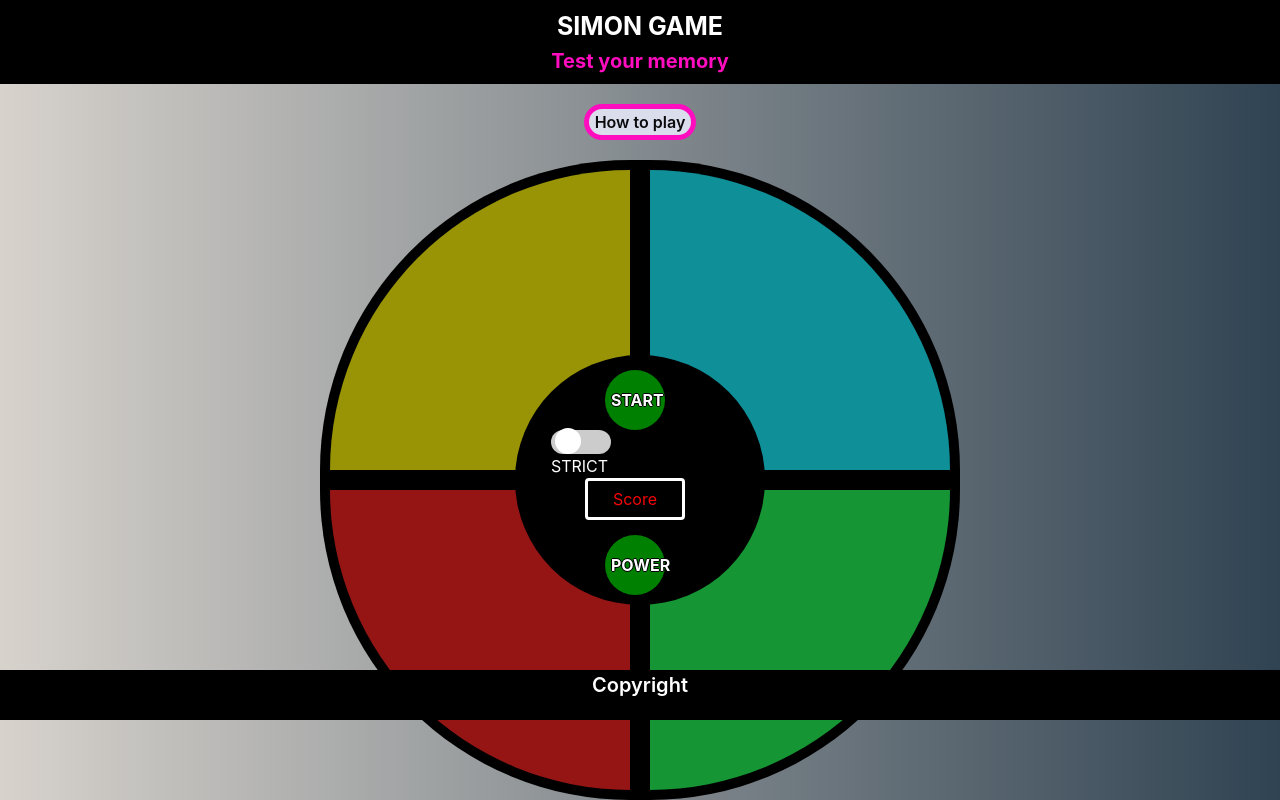
Repository: murphya14/Simon-game
Page: index.html
The author's editor kept a record of every edit. The page is drawn from the files as they stood at one moment, then again after the next edit.
The browser window is 1280 px wide. The pictures show the whole page.

Above is the page before.

### index.html
<!DOCTYPE html>
<html lang="en">

<head>
    <meta charset="UTF-8">
    <meta name="viewport" content="width=device-width, initial-scale=1, shrink-to-fit=no">
    <meta http-equiv="X-UA-Compatible" content="ie=edge">
    <meta charset="UTF-8">

    <meta name="description" content="Simon Memory Game">
    <meta name="keywords" content="Simon Memory, Memory Game, Game, Puzzle, Fun, Challenge">
    <meta name="author" content="Aisling Murphy">
    <link rel="stylesheet" href="assets/css/style.css" type="text/css" />
    <link href="/YOUR_PATH/favicon.ico" rel="icon" type="image/x-icon" />
    <link rel="stylesheet" href=" https://stackpath.bootstrapcdn.com/font-awesome/4.7.0/css/font-awesome.min.css" type="text/css" />
    <link href="https://fonts.googleapis.com/css?family=Orbitron&display=swap" rel="stylesheet">
    <link href="https://fonts.googleapis.com/css?family=Shojumaru&effect=3d rel='stylesheet' type='text/css">
    <link rel="stylesheet" href="https://stackpath.bootstrapcdn.com/bootstrap/4.3.1/css/bootstrap.min.css" integrity="sha384-ggOyR0iXCbMQv3Xipma34MD+dH/1fQ784/j6cY/iJTQUOhcWr7x9JvoRxT2MZw1T" crossorigin="anonymous">
    <link href="data:[embedded picture, 1901 characters]"
        rel="icon" type="image/x-icon" />
    <title>Simon Game</title>


</head>

<body>
    <header>
        <nav class="navbar navbar-expand-lg flex-column container-fluid">
            <div="row">
                <div class="col-12 header">Simon Game</div>
                </div>
                <div class="row">
                    <div class="col-12 sub-heading">Test your memory</div>
                </div>
    </header>
    </nav>

<div class="wrapper">
    <div class="container flex-column">

        <div class="row">
            <div class="col center">
                <!---Aided by https://www.pair.com/support/kb/how-to-use-jquery-to-generate-modal-pop-up-when-clicked/--->

                <div class="how-to popup-overlay">
                    <!--Creates the popup content-->
                    <div id="how-to-p" class="popup-content">
                        <h2>How to Play</h2>
                        <p> This is an example pop-up that you can make using jQuery. lorem ipsum keyboard shortcuts. Select how much text you want from the menu item in Edit->Text->Lorem Ipsum or in the right click menu in Lorem Ipsum. Press the shortcut
                            key (Alt+Shift+L) to add Lorem Ipsum text. Keep pressing to add more.</p>
                        <!--popup's close button-->
                        <button class="close">Close</button>
                    </div>
                </div>
                <!--Content shown when popup is not displayed-->

                <button id="how-to" class="open how-to">How to play</button>
            </div>
        </div>
    </div>

        <!---Help from https://www.danpurdy.co.uk/tutorial/simon-says-game-in-jquery-tutorial/-->

        <div class="row">
            <div class="col">
                <div class="background-circle">
                    <div class="pad one" data-pad="1" id="one">
                        <audio preload="auto" class="sound1" data-pad="1">
                  <source src="sounds/mp3/sounds_01.mp3" type="audio/mpeg"/>
               </audio>
                    </div>
                    <div class="pad two" id="two" data-pad="2">
                        <audio preload="auto" class="sound2" data-pad="2">
          <source src="sounds/mp3/sounds_02.mp3" type="audio/mpeg"/>
                 </audio>
                    </div>
                    <div class="pad three" id="three" data-pad="3">
                        <audio preload="auto" class="sound3" data-pad="3">
                <source src="sounds/mp3/sounds_03.mp3" type="audio/mpeg"/>

                </audio>
                    </div>
                    <div class="pad four" id="four" data-pad="4">
                        <audio preload="auto" class="sound4" data-pad="4">
                  <source src="sounds/mp3/sounds_04.mp3" type="audio/mpeg"/>
                </audio>
                    </div>

                    <div class="circle">

                    <button class="center start-button" id="start" >Start</button>


                    <div class="custom-control custom-switch " id="strict" >
                        <label class="switch">
                      <input type="checkbox">
                      <span class="slider round"></span>
                      <div class="strict uppercase">Strict</div>
                    </label>

                    </div>

                    <button class="btn" type="button" id="counter" id="on" onclick="counter()">Score</button>

                     <button class="center start-button" id="on" >Power</button>

                    </div>

                </div>

            </div>

        </div>
 </div>
        <footer class="footer flex-column">
            <p class="col"> Copyright </p>
        </footer>

        <script src="https://code.jquery.com/jquery-3.3.1.slim.min.js" integrity="sha384-q8i/X+965DzO0rT7abK41JStQIAqVgRVzpbzo5smXKp4YfRvH+8abtTE1Pi6jizo" crossorigin="anonymous"></script>
        <script src="https://ajax.googleapis.com/ajax/libs/jquery/3.3.1/jquery.min.js"></script>
        <script src="https://cdnjs.cloudflare.com/ajax/libs/popper.js/1.14.7/umd/popper.min.js" integrity="sha384-UO2eT0CpHqdSJQ6hJty5KVphtPhzWj9WO1clHTMGa3JDZwrnQq4sF86dIHNDz0W1" crossorigin="anonymous"></script>
        <script src="https://stackpath.bootstrapcdn.com/bootstrap/4.3.1/js/bootstrap.min.js" integrity="sha384-JjSmVgyd0p3pXB1rRibZUAYoIIy6OrQ6VrjIEaFf/nJGzIxFDsf4x0xIM+B07jRM" crossorigin="anonymous"></script>
        <script type="text/javascript" src="assets/js/make.js"></script>
</body>

</html>

### assets/css/style.css
@import url('https://fonts.googleapis.com/css?family=Orbitron&display=swap');


body {
background-image: linear-gradient(to right, #d7d2cc 0%, #304352 100%);
/*background sourced from https://webgradients.com/*/
    height: 100%;
    font-family: 'Orbitron', sans-serif;
    font-size: 20px;
    text-align: center;
    position: relative;
    width: 100%;
    margin: auto;
}

.wrapper {
    position: relative;
    width: 640px;
    margin: 0 auto;

}

.uppercase {text-transform: uppercase}


.center {
    text-align: center;
    ;
}

/*Nav/header styling*/

.navbar {background-color: black;
    color: white;
    font-weight: 700;
}

.header {
    position: fixed;
    font-size: 25px;
    text-transform: uppercase;

    text-align: center;

}

.sub-heading {
    position: fixed;
    font-size:20px;
    text-align: center;
    color: #ff0dbf;
}


/*Shapes*/

.circle {
    position: absolute;
    top: 195px;
    left: 195px;
    width: 250px;
    height: 250px;
    background: #000;
    border-radius: 125px;
    z-index: 10;
}

.background-circle {
    position: absolute;
    top: 0px;
    width: 640px;
    height: 640px;
    z-index: 0;
    background-color: black;
    border-radius: 310px;
}


.pad {

    width: 300px;
    height: 300px;
    float: left;
    z-index: 1;
    margin: 10px;
    -ms-filter: "progid:DXImageTransform.Microsoft.Alpha(Opacity=60)";
    filter: alpha(opacity=60);
    opacity: 0.6;
    /*Opacity changes in JS based on the game being played*/
}



.one {
    border-top-left-radius: 300px;
    background-color: #FFF70B;
}

.two {
    float: left;
    border-top-right-radius: 300px;
    background-color: #19F0FF;
    clear: right;
}

.three {
    float: left;
    border-bottom-left-radius: 300px;
    background-color: #F92323;
    clear: left;
}

.four {
    float: left;
    border-bottom-right-radius: 300px;
    background-color: #23F955;

}

/*Buttons*/

/*Styling for modul button*/

.how-to {
    color: #0b0b0d;
    border: 5px solid #ff0dbf;
    background-color: #daddeb;
    font-weight: 600;
    border-radius: 25px;

    margin: 20px;
    text-align: center;
    cursor: pointer;
}

.how-to:hover {
    background-color: #ff0dbf;
    color: white;
    font-weight: 700;
}

#how-to-p {
    Background-color: #ff0dbf;
    border-radius: 2em 2em 2em 2em / 1em 1em 1em 1em;
    color: black;
    width: 100%;

    text-align:center;
}
/*-----------------------------------Pop up modaL activation*/

.popup-overlay {
  /*Hides pop-up when there is no "active" class*/
  visibility: hidden;
  position: absolute;
  background: #ffffff;
  border: 3px solid #666666;
  width: 50%;
  height: 50%;
  left: 25%;
}

.popup-overlay.active {
  /*displays pop-up when "active" class is present*/
  visibility: visible;
  text-align: center;
  z-index: 10;
}

.popup-content {
  /*Hides pop-up content when there is no "active" class */
  visibility: hidden;
}

.popup-content.active {
  /*Shows pop-up content when "active" class is present */
  visibility: visible;
   z-index: 10;
   width:100%;
   padding:10px;
}


.how-to-p, h2 {color: white;}

.close {color:white;
    font-weight: 700;
}

.hide {display:none;}

.start-button {
    width: 60px;
    height: 60px;
    background-color: green;
    border-radius: 310px;
    text-align: center;
    font-weight: 700;
    margin-left: 90px;
    margin-top: 15px;
    text-transform: uppercase;
    border: 20px;
    border-color: #0B7842;
    text-shadow: -1px 0 black, 0 1px black, 1px 0 black, 0 -1px black;
    color: white;
    cursor: pointer
}

.start-button:hover {
    background-color: #49fb35
}

.begin-game-start {background-color: "#49fb35"}

.begin-game-pads {opacity:1;}

#counter {

  width: 40%;
  text-align: center;
  margin-left:70px;
  color:#F50505;
  border: solid white;


}

/*-----------------------------------slider- using help from https://www.w3schools.com/howto/howto_css_switch.asp*/
.switch {
  position: relative;
  display: inline-block;
  width: 60px;
  height: 24px;
}

/* Hide default HTML checkbox */
.switch input {
  opacity: 0;
  width: 0;
  height: 0;
}

/* The slider */
.slider {
  position: absolute;
  cursor: pointer;
  top: 0;
  left: 0;
  right: 0;
  bottom: 0;
  background-color: #ccc;
  -webkit-transition: .4s;
  transition: .4s;
}

.slider:before {
  position: absolute;
  content: "";
  height: 26px;
  width: 26px;
  left: 4px;
  bottom: 0px;
  background-color: white;
  -webkit-transition: .4s;
  transition: .4s;
}

input:checked + .slider {
  background-color: #F7135F;
}

input:focus + .slider {
  box-shadow: 0 0 1px #2196F3;
}

input:checked + .slider:before {
  -webkit-transform: translateX(26px);
  -ms-transform: translateX(26px);
  transform: translateX(26px);
}

/* Rounded sliders */
.slider.round {
  border-radius: 34px;
}

.slider.round:before {
  border-radius: 50%;
}

.strict{color:white}

#strictButton {margin:15px;
margin-left: 55px;

}




/*Footers*/

.footer {
    position: fixed;
    left: 0;
    bottom: 0;
    width: 100%;
    text-align: center;
    font-size: 10px;
    margin:0;
    color: white;
    background-color: black;
    height: 50px;
    font-size: 20px;
    font-weight: 600;

}

### assets/js/make.js
let order = [];
let playerOrder = [];
let flash;
let turn;
let good;
let compTurn;
let intervalId;
let Strict =false;
let noise = true;
let on = false;
let win;
let offNoise = new Audio('');
let winNoise = new Audio('');
let strictNoise = new Audio('');

const turnCounter = document.querySelector("#counter");
const topLeft = document.querySelector("#one");
const topRight = document.querySelector("#two");
const bottomLeft = document.querySelector("#three");
const bottomRight = document.querySelector("#four");
const strictButton = document.querySelector("#strict");
const onButton = document.querySelector("#on");
const startButton = document.querySelector("#start");



 /*--------------------------------------------------------------------------------Modal button*/
$(".open").on("click", function() {
  $(".popup-overlay, .popup-content").addClass("active");

});

//removes the "active" class to .popup and .popup-content when the "Close" button is clicked
$(".close, .popup-overlay").on("click", function() {
  $(".popup-overlay, .popup-content").removeClass("active");
});

 /*--------------------------------------------------------------------------------- Checking strict mode button*/


function checkStrict() {
    if ($("#strict").is(":checked")){
      Strict = true;
    } else {
      Strict = false;
    }
  }


  /*--------------------------------------------------------------------------------- What happens when Power is clicked */

  function flashColor() {
  $(".pad").addClass('begin-game-pads');

  $("#on").addClass("begin-game-start");
  }


   onButton.addEventListener('click', (event) => {
    on = true;
    $("#counter").innerHTML = "--";

    flashColor();

    clearInterval(intervalId);
 });


 /*--------------------------------------------------------------------------------- What happens when start is clicked */

    $("#start").click(function() {
    checkStrict();

})




















 /*----------------------------------------------------------------------------------COUNTER*/
function counter (){
    var currentVal = document.getElementById("counter").innerHTML;
    var newVal = 0;

    if (currentVal<20){
        newval = currentVal + 1;
    }

    document.getElementById("counter").innerHTML = newVal;
}


/*-------------------------------------------------------------------------------------Strict*/

strictButton.addEventListener('click', () => {
    if (strictButton.dataOn == true) {
        strict = true;
    }
    else {
        strict = false;

    }
});

After the next edit:
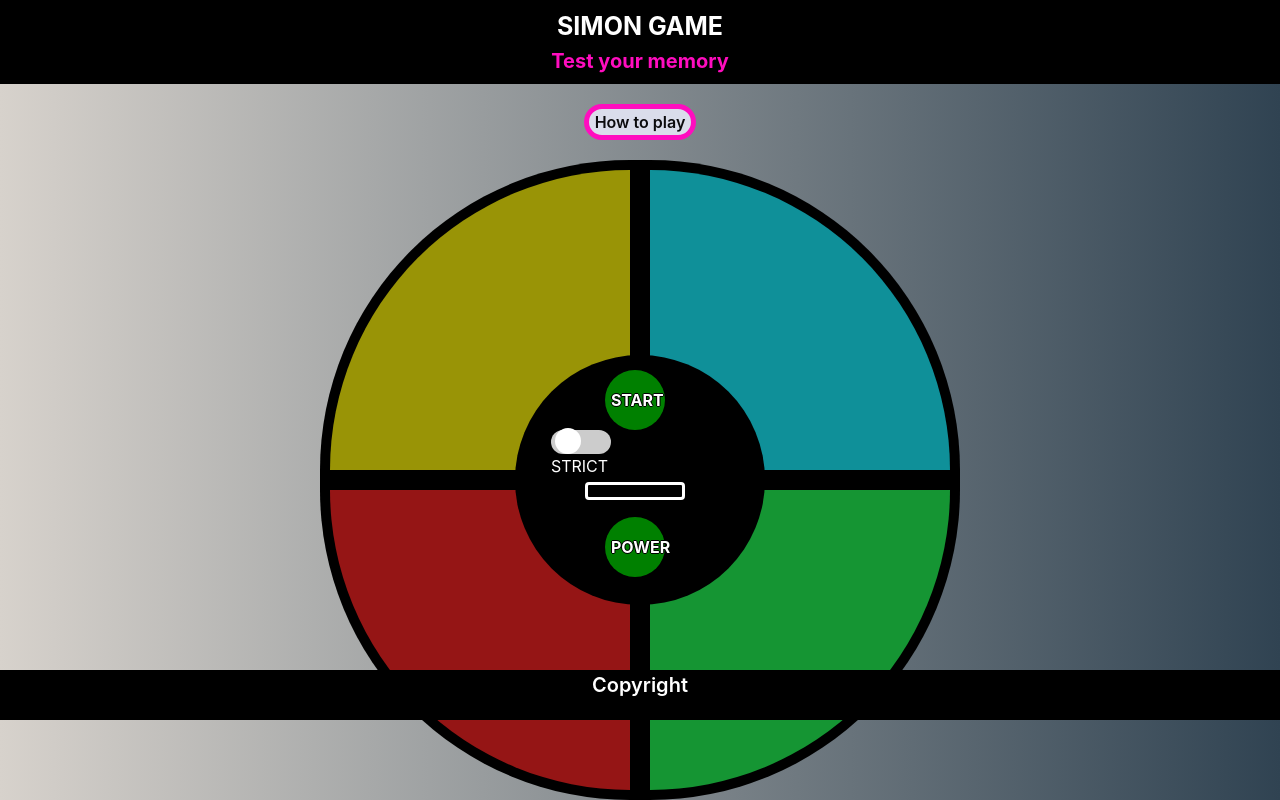
The edit:
--- a/index.html
+++ b/index.html
@@ -100,7 +100,7 @@
 
                     </div>
 
-                    <button class="btn" type="button" id="counter" id="on" onclick="counter()">Score</button>
+                    <button class="btn" type="button" id="counter" ></button>
 
                      <button class="center start-button" id="on" >Power</button>
 
